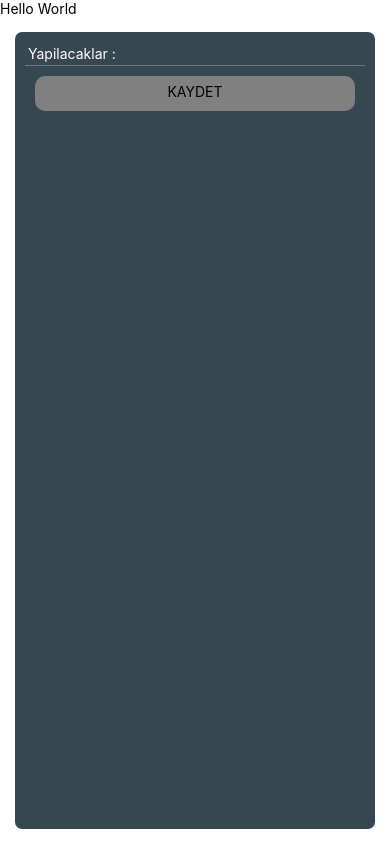
Repository: dumankedi/ToDo
Screen: /
An editor plug-in stored every save of this project. The screen is shown before and after the next save, followed by the edit.
The app was drawn by React Native's web renderer in a window 390 px wide. The project was rebuilt for these pictures with package versions that can differ from the ones it lists, and the page was loaded fresh each time.

Above is the screen before, as saved 2023-03-06 13:34:36.

After the next save:
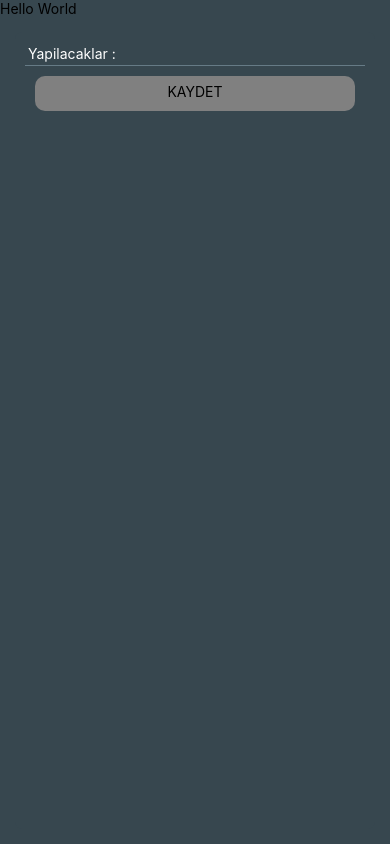
Saved 8 s later.
--- a/src/App.tsx
+++ b/src/App.tsx
@@ -16,6 +16,7 @@ function App() {
 const styles = StyleSheet.create({
   container: {
     flex: 1,
+    backgroundColor:'#37474f',
   },
 });
 
